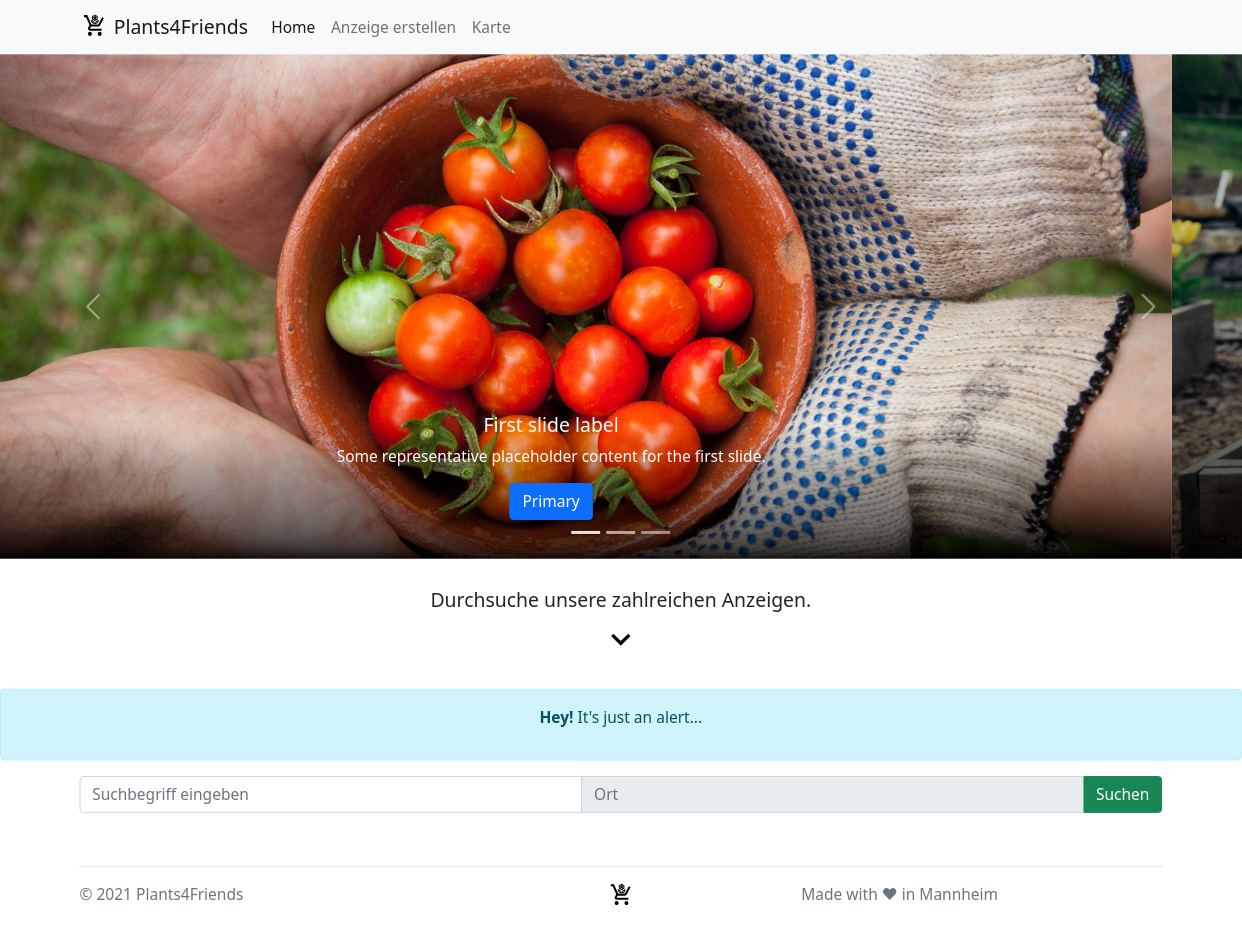
Repository: Carlson43/PlantsForFriends
Page: Website/index.html
The author's editor kept a copy of each file at every save. The page is drawn from the files as they stood at one save, then again after the next save.
The browser window is 1280 px wide. The pictures show the whole page, at 97% of full size.

Above is the page before, as saved 2022-01-13 12:13:38.

After the next save:
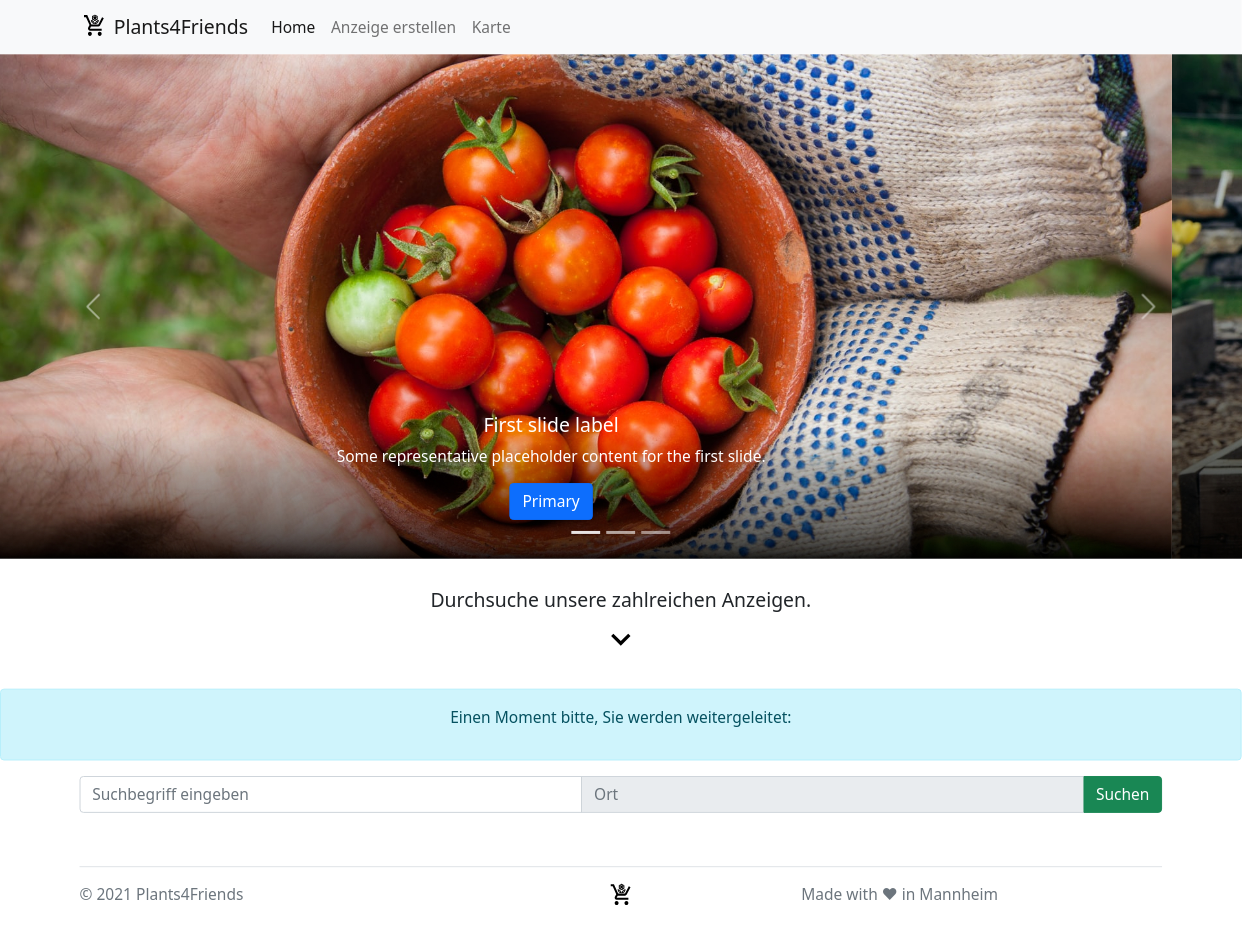
Saved 30 s later.
--- a/Website/index.html
+++ b/Website/index.html
@@ -122,7 +122,7 @@
 
     <div class="alert alert-info"  role="alert">
       <p class="text-center">
-       <i class="fa fa-exclamation-triangle" aria-hidden="true"></i>        <strong>Hey!</strong>  It's just an alert...
+       <i class="fa fa-exclamation-triangle" aria-hidden="true"></i>Einen Moment bitte, Sie werden weitergeleitet:
       </p>
   </div>
     <!-- Input / Search Group -->
